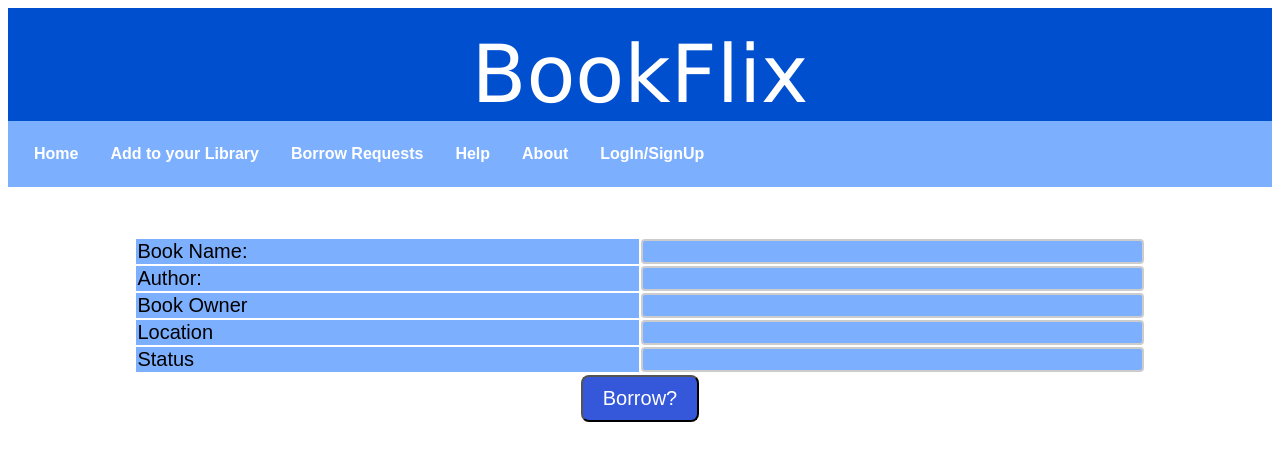
Repository: dan-10/Deloitte
Page: http://localhost/BookFlix/WEB-INF/views/status.jsp
The author's editor kept a copy of each file at every save. The page is drawn from the files as they stood at one save, then again after the next save.
The browser window is 1280 px wide. The pictures show the whole page.
The page is served by Tomcat 9. Nobody is signed in. The template is opened directly, without the code that normally fills it, so the values that code supplies are empty.

Above is the page before, as saved 2019-08-09 04:49:55.

After the next save:
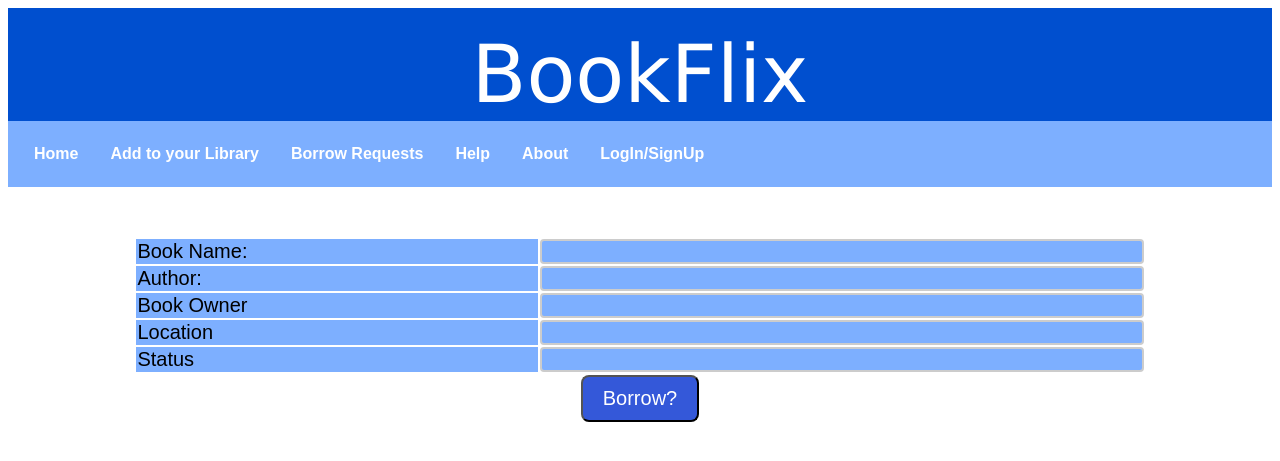
Saved 27 s later.
--- a/DeloitteTrainig/Final Project BookFlix/BookFlix/src/main/webapp/WEB-INF/views/status.jsp
+++ b/DeloitteTrainig/Final Project BookFlix/BookFlix/src/main/webapp/WEB-INF/views/status.jsp
@@ -40,7 +40,7 @@
 
 .td1{
 	background-color: #7dafff;
-	width: 30%;
+	width: 20%;
 }
 
 .td {
